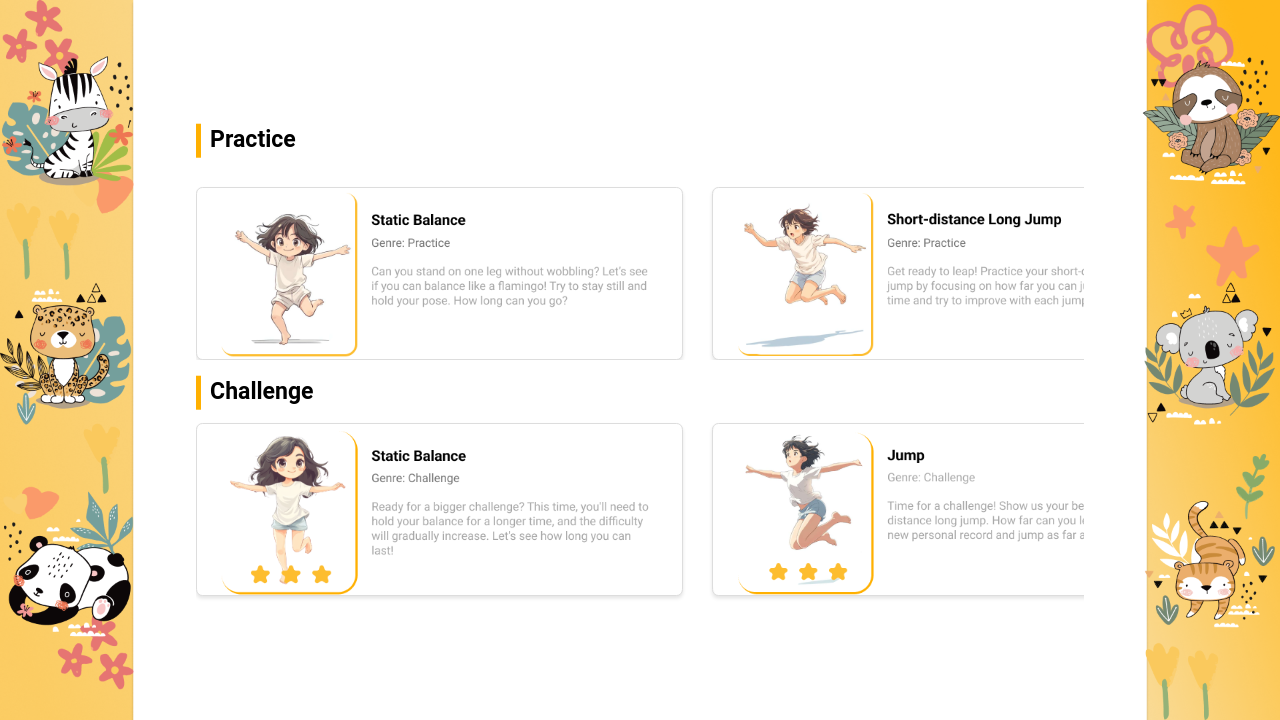
Repository: Jayhawk2000/AR_Game_DCD_Children
Page: homepage.html
An editor plug-in stored every save of this project. The page is shown before and after the next save, followed by the edit.
The browser window is 1280 px wide. The pictures show the whole page.

Above is the page before, as saved 2024-10-16 13:16:56.

### homepage.html
<!DOCTYPE html>
<html lang="en">
<head>
<meta charset="UTF-8">
<meta name="viewport" content="width=device-width, initial-scale=1.0">
<title>Homepage</title>
<link href="https://cdn.jsdelivr.net/npm/tailwindcss@2.2.19/dist/tailwind.min.css" rel="stylesheet">
<style>
    body, html {
        margin: 0;
        padding: 0;
        width: 100vw;
        height: 100vh; /* Full height of the viewport */
        overflow: hidden;
    }

    .background {
        background-image: url('img/homepage.png');
        background-size: 100vw 100vh;
        background-repeat: no-repeat;
        background-position: center center;
        background-attachment: fixed;
        height: 100vh;
        display: flex;
        justify-content: center;
        align-items: center;
    }

    .content {
        width: 75vw;
        height: 100%;
        background-color: white;
        display: flex;
        flex-direction: column;
        padding: 5vh;
    }

    .section {
        flex: 1;
        overflow: hidden;
        position: relative;
        height: 50vh;
    }


    .title {
        text-align: left;
        font-size: 1.8vw; /* Adjusted to viewport width */
        margin-top: 1.2vw; /* 20px to vw based on 1920px width */
        font-family: 'Roboto', sans-serif;
        position: relative;
        padding-left: 1.1vw; /* 20px to vw based on 1920px width */
    }

    .title::before {
        content: "";
        position: absolute;
        left: 0;
        top: 50%;
        transform: translateY(-50%);
        height: 100%;
        width: 0.4vw; /* 8px to vw based on 1920px width */
        background-color: #FFB000;
    }

    .card-slider {
        display: flex;
        overflow-x: auto;
        scroll-snap-type: x mandatory;
        padding: 1.04vw; /* 20px to vw */
        gap: 1.04vw; /* 20px to vw */
    }
    .card {
        flex: 0 0 auto;
        width: 38vw;
        height: 24vh;
        background-color: #f9f9f9;
        border: 0.1vw solid #ddd;
        padding: 1vw;

        scroll-snap-align: start;
        border-radius: 0.5vw;
        box-shadow: 0 0.2vw 0.3vw rgba(0,0,0,0.1);
        background-size: cover;
        background-position: center;
        cursor: pointer;
        transition: box-shadow 0.3s ease;
    }
    .card img {
    width: calc(100% - 4vw); /* 图片宽度为容器宽度减去两边留白 */
    height: auto; /* 高度自适应以保持图像比例 */
}
    .card:hover {
        box-shadow: 0 0.31vw 0.63vw rgba(0,0,0,0.3);
    }

    /* 隐藏滚动条但保持滚动功能 */
    .scrollbar-hide::-webkit-scrollbar {
        display: none;
    }
    .scrollbar-hide {
        -ms-overflow-style: none;
        scrollbar-width: none;
    }

    html {
        scroll-behavior: smooth;
    }

    /* 美化滚动条 */
    .card-slider::-webkit-scrollbar {
        height: 8px;
    }
    .card-slider::-webkit-scrollbar-track {
        background: #f1f1f1;
        border-radius: 4px;
    }
    .card-slider::-webkit-scrollbar-thumb {
        background: #FFB000;
        border-radius: 4px;
    }
    .card-slider::-webkit-scrollbar-thumb:hover {
        background: #e09e00;
    }
</style>
</head>
<body>

<div class="background">
    <div class="content">
        <div class="section">
            <br><br><br>
            <div class="title"><b>Practice</b></div>
            <div class="title text-2xl font-bold text-gray-800 mb-4 relative pl-6 before:content-[''] before:absolute before:left-0 before:top-1/2 before:-translate-y-1/2 before:h-full before:w-1 before:bg-yellow-400"></div>
            <div class="card-slider overflow-x-auto snap-x snap-mandatory flex space-x-4 p-4">
                <a href="prac_bal.html" class="card flex-none w-96 h-64 bg-cover bg-center rounded-lg shadow-md hover:shadow-xl transition-shadow duration-300 relative overflow-hidden group" style="background-image: url('img/balance_practice.png');">
                    <div class="absolute inset-0 bg-black bg-opacity-50 opacity-0 group-hover:opacity-100 transition-opacity duration-300 flex flex-col justify-end p-4">
                        <h3 class="text-white text-xl font-bold">Balance Practice</h3>
                        <p class="text-white text-sm">Improve your balance skills</p>
                    </div>
                </a>
                <a href="prac_jump.html" class="card flex-none w-96 h-64 bg-cover bg-center rounded-lg shadow-md hover:shadow-xl transition-shadow duration-300 relative overflow-hidden group" style="background-image: url('img/jump_practice.png');">
                    <div class="absolute inset-0 bg-black bg-opacity-50 opacity-0 group-hover:opacity-100 transition-opacity duration-300 flex flex-col justify-end p-4">
                        <h3 class="text-white text-xl font-bold">Jump Practice</h3>
                        <p class="text-white text-sm">Enhance your jumping technique</p>
                    </div>
                </a>
                <a href="prac_throw.html" class="card flex-none w-96 h-64 bg-cover bg-center rounded-lg shadow-md hover:shadow-xl transition-shadow duration-300 relative overflow-hidden group" style="background-image: url('img/throw_practice.png');">
                    <div class="absolute inset-0 bg-black bg-opacity-50 opacity-0 group-hover:opacity-100 transition-opacity duration-300 flex flex-col justify-end p-4">
                        <h3 class="text-white text-xl font-bold">Throw Practice</h3>
                        <p class="text-white text-sm">Perfect your throwing skills</p>
                    </div>
                </a>
            </div>
        </div>
        <div class="section">
            <div class="title"><b>Challenge</b></div>
            <div class="card-slider overflow-x-auto snap-x snap-mandatory flex space-x-4 p-4">
                <a href="cha_bal.html" class="card flex-none w-96 h-64 bg-cover bg-center rounded-lg shadow-md hover:shadow-xl transition-shadow duration-300 relative overflow-hidden group" style="background-image: url('img/balance_challenge.png');">
                    <div class="absolute inset-0 bg-black bg-opacity-50 opacity-0 group-hover:opacity-100 transition-opacity duration-300 flex flex-col justify-end p-4">
                        <h3 class="text-white text-xl font-bold">Balance Challenge</h3>
                        <p class="text-white text-sm">Test your balance skills</p>
                    </div>
                </a>
                <a href="cha_jump.html" class="card flex-none w-96 h-64 bg-cover bg-center rounded-lg shadow-md hover:shadow-xl transition-shadow duration-300 relative overflow-hidden group" style="background-image: url('img/jump_challenge.png');">
                    <div class="absolute inset-0 bg-black bg-opacity-50 opacity-0 group-hover:opacity-100 transition-opacity duration-300 flex flex-col justify-end p-4">
                        <h3 class="text-white text-xl font-bold">Jump Challenge</h3>
                        <p class="text-white text-sm">Push your jumping limits</p>
                    </div>
                </a>
                <a href="cha_throw.html" class="card flex-none w-96 h-64 bg-cover bg-center rounded-lg shadow-md hover:shadow-xl transition-shadow duration-300 relative overflow-hidden group" style="background-image: url('img/throw_challenge.png');">
                    <div class="absolute inset-0 bg-black bg-opacity-50 opacity-0 group-hover:opacity-100 transition-opacity duration-300 flex flex-col justify-end p-4">
                        <h3 class="text-white text-xl font-bold">Throw Challenge</h3>
                        <p class="text-white text-sm">Challenge your throwing accuracy</p>
                    </div>
                </a>
            </div>
        </div>
    </div>
</div>

</body>
</html>

After the next save:
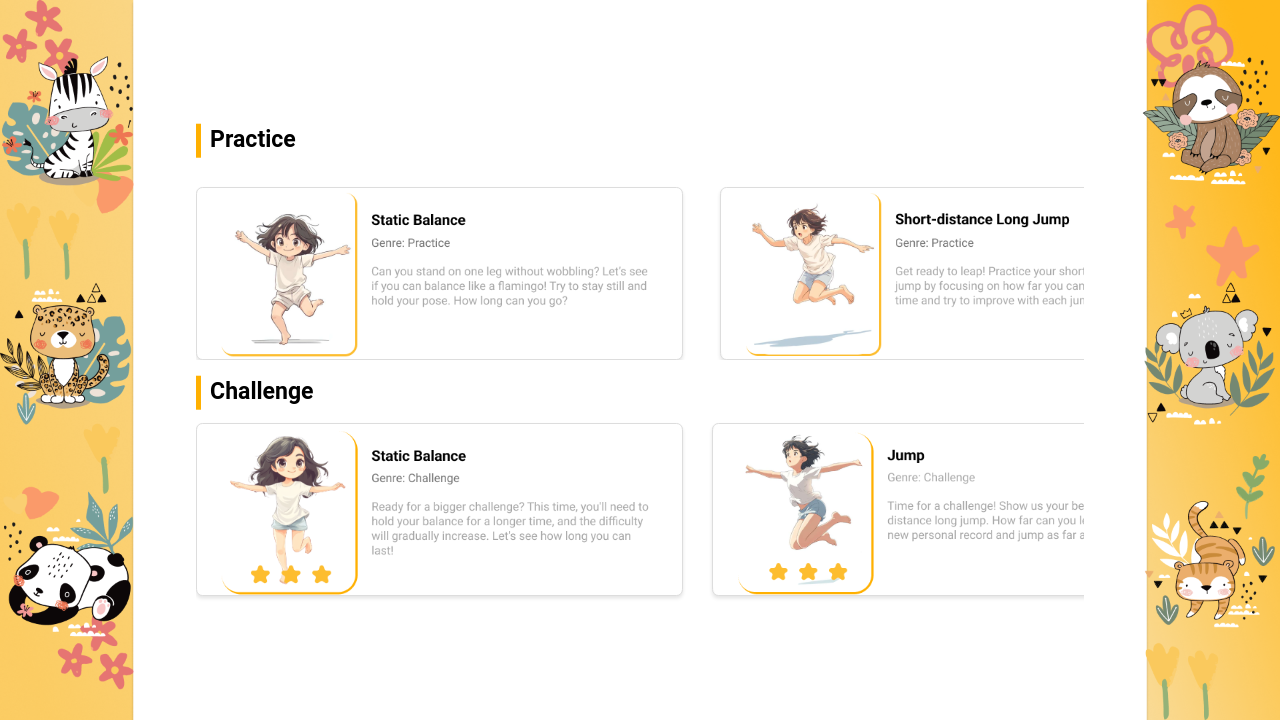
Saved 8 s later.
--- a/homepage.html
+++ b/homepage.html
@@ -132,10 +132,10 @@
             <br><br><br>
             <div class="title"><b>Practice</b></div>
             <div class="title text-2xl font-bold text-gray-800 mb-4 relative pl-6 before:content-[''] before:absolute before:left-0 before:top-1/2 before:-translate-y-1/2 before:h-full before:w-1 before:bg-yellow-400"></div>
-            <div class="card-slider overflow-x-auto snap-x snap-mandatory flex space-x-4 p-4">
-                <a href="prac_bal.html" class="card flex-none w-96 h-64 bg-cover bg-center rounded-lg shadow-md hover:shadow-xl transition-shadow duration-300 relative overflow-hidden group" style="background-image: url('img/balance_practice.png');">
-                    <div class="absolute inset-0 bg-black bg-opacity-50 opacity-0 group-hover:opacity-100 transition-opacity duration-300 flex flex-col justify-end p-4">
-                        <h3 class="text-white text-xl font-bold">Balance Practice</h3>
+            <div class="card-slider overflow-x-auto snap-x snap-mandatory flex space-x-6 p-4">
+                <a href="prac_bal.html" class="card flex-none w-96 h-64 bg-cover bg-center rounded-xl shadow-lg hover:shadow-2xl transition-shadow duration-300 relative overflow-hidden group" style="background-image: url('img/balance_practice.png');">
+                    <div class="absolute inset-0 bg-gradient-to-t from-black to-transparent opacity-0 group-hover:opacity-100 transition-opacity duration-300 flex flex-col justify-end p-6">
+                        <h3 class="text-white text-2xl font-bold mb-2">Balance Practice</h3>
                         <p class="text-white text-sm">Improve your balance skills</p>
                     </div>
                 </a>
